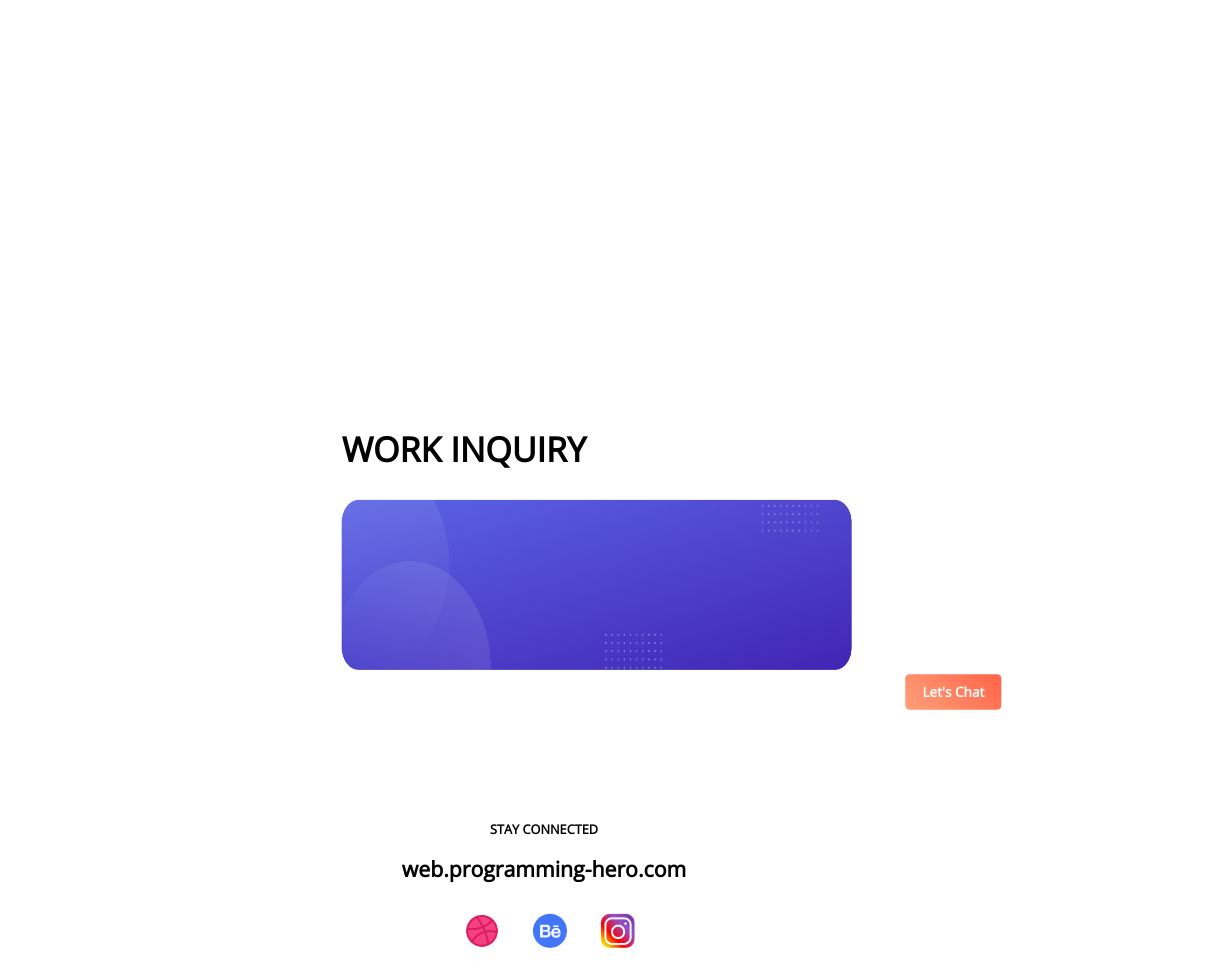
Repository: sabbircse3/personal-website
Page: index.html
An editor plug-in stored every save of this project. The page is shown before and after the next save, followed by the edit.
The browser window is 1280 px wide. The page is 1442 px wide, so the pictures cover 1442 px, including what lies to the right of the window. The pictures show the part of the page from y = 2386 to 3536 px (the page is 3536 px tall before and 3069 px after), at 85% of full size.

Above is the page before, as saved 2021-01-06 04:01:02.

### index.html
<!DOCTYPE html>
<html lang="en">
<head>
    <title>personal-website</title>
    <link rel="preconnect" href="https://fonts.gstatic.com">
    <link href="https://fonts.googleapis.com/css2?family=Open+Sans&display=swap" rel="stylesheet">
    <link rel="stylesheet" href="style.css">
</head>
<body>

        <div class="menu-1">
            <ul id="menu">
                <li><a href="#">Contact</a></li>
                <li><a href="#">Protfolio</a></li>
                <li><a href="#">Work</a></li>
                <li><a href="#">About</a></li>
            </ul>
        </div>


    <section class="top-banner ">
        <div class="half-width">
            <h1>HELLO, I'M <br> <span class="name-highlight">SABBIR HASAN</span></h1>
            <p>A full stack allaround designer that placerat in massa consectetur</p>
            <a class="link-button" target="_blank" href="https://www.linkedin.com/company/programminghero/">HIRE ME</a>
        </div>

        <div class="half-width">
            <img src="images/sabbir1.png" alt="">
        </div>
    </section>

    <section class="about ">
        <div class="half-width">
            <img src="images/sabbir1.png" alt="">
        </div>

        <div class="half-width">
            <h2> ABOUT</h2>
            <p>Lorem Ipsum is simply dummy text of the printing and typesetting industry. Lorem Ipsum has been the industry's standard dummy text ever since the 1500s, when an unknown printer took a galley of type and scrambled it to make a type specimen book.</p>
            <a class="link-button" target="_blank" href="https://www.linkedin.com/company/programminghero/">Download CV</a>
        </div>

    </section>

    <section class="experience-area">
        <h2 id="head-center"><span class="name-highlight">LASTET</span> WORKING PROJECT</h2>
        <div id="first-project" class="half-width single-experience">
            <img  src="images/image 4.png" alt="" class="center">
            <h3>Power-x-gym (gym website)</h3>
            <p>Lorem Ipsum is simply dummy text of the printing and typesetting industry.</p>

        </div>

        <div id="next-project" class="half-width single-experience">
            <img src="images/image 5.png" alt="" class="center">
            <h3>Creative Agency</h3>
            <p>Lorem Ipsum is simply dummy text of the printing and typesetting industry.</p>

        </div>

        <div id="next-project" class="half-width single-experience">
            <img src="images/image 8.png" alt="" class="center">
            <h3>Hard Rock Music</h3>
            <p>Lorem Ipsum is simply dummy text of the printing and typesetting industry.</p>

        </div>

    </section>



    <section class="education">
        <h1> <span class="name-highlight">EDU</span>CATION</h1>
        <div id="bachelor" class="half-width single-experience">
            <h3>Bachelor of Science in Computer Science</h3>
            <h3 class="blue-highlight">Khwaja Yunus Ali University</h3>
            <h3 class="orange-highlight">2016-2020</h3>
            <p>It is a reputaed private university in this country Bangladesh.</p>
        </div>

        <div id="others" class="half-width single-experience">
            <h3>Higher School Certificate</h3>
            <h3 class="blue-highlight">Bhagopara Shahid Dhanesh Uddin School and Collage</h3>
            <h4 class="orange-highlight">2014-2016</h4>
            <p>It is one of the best collage in our north said of country</p>
        </div>

		<div id="others" class="half-width single-experience">
            <h3>Secoundary School Certificate</h3>
            <h3 class="blue-highlight">Rajapur High School</h3>
            <h4 class="orange-highlight">2009-2014</h4>
            <p>This school is one of the best school in my native area where i was bron.</p>
        </div>

    </section>


    <section>

        <div class="low-mid">
            <h2 class="lowest-banner">WORK INQUIRY </h2>
            <img src="images/Group_33094_1.png" width="600px" height="200px">
        </div>
        <div>
            <a class="chat-button" target="_blank" href="https://www.linkedin.com/company/programminghero/">Let's Chat</a>
        </div>

    </section>


    <footer>
        <h3>STAY CONNECTED</h3>
        <h2>web.programming-hero.com</h2>
        <div class="chat">
            <div class=" chat-experience">
                <img  src="images/image 6.png" alt="" class="center">
            </div>

            <div  class=" chat-experience">
                <img src="images/Group 33059.png" alt="" class="center">
            </div>

            <div  class=" chat-experience">
                <img src="images/image 7.png" alt="" class="center">
            </div>
        </div>

    </footer>




</body>
</html>

### style.css
body{
    font-family: 'Open Sans', sans-serif;
    margin: 2px;
    font-style: normal;
}
.menu-1{
	height: 90px;
}
#menu{
	list-style-type:none;
	width:900px;
	margin:10px auto;
}
#menu li{
	float:right;
}
#menu li a{
	color:black;
	text-decoration:none;
	padding:5px 10px;
}

h1{
    font-size: 50px;
}
h2{
    font-size: 40px;
}

.name-highlight{
    color: #FF8367;
}
.top-banner{

}
.half-width{
    width: 35%;
    float: left;
    margin-left: 5%;
    padding-left: 2%;
}
.half-width img{
    width: 100%;
}
section{
    height: 450px;
}
.link-button{
    text-decoration: none;
    background-image: linear-gradient(45deg, lightSalmon, tomato);
    padding: 10px 20px;
    border-radius: 5px;
    color: white;
    font-weight: 700;
}
#head-center{
    text-align: center;
    margin: 80px;
    padding: 50px;
}
.experience-area{
    background-color: #E5E5E5;
    background-position: left;
    width: 1440px;
    height: 814px;
}
.center {
    display: block;
    margin-left:-15px;
    margin-top: 15px;
    width: 50%;
  }
.orange-highlight{
    color: orange;
}
.single-experience{
    box-shadow: 0px 4px 4px rgba(0, 0, 0, 0.25);
    border-radius: 10px;
	height: 45%;
	width: 23%;
}
#first-project{
    background-color: white;
}
#next-project{
	background-color: white;
}

.education{
    background-image: url("images/exp-bg.png");
    background-repeat: no-repeat;
    background-position: left;
}
#bachelor{
    border-left: 7px solid;
    border-image: linear-gradient(180deg, lightSalmon, tomato);
    border-image-slice: 1;
    background-color: white;
    height: 55%;
	width: 25%;
}
#others{
    border-left: 7px solid;
    border-image: linear-gradient(180deg, blue, cyan);
    border-image-slice: 1;
    height: 55%;
	width: 25%;
}
.blue-highlight{
    color:rgba(0, 0, 139, 0.705);
}
.lowest-banner{
  margin-top: 500px;

}
.low-mid{
    margin-left: 400px;
}
.chat-button{
    text-decoration: none;
    background-image: linear-gradient(45deg, lightSalmon, tomato);
    padding: 10px 20px;
    margin-right: 100px;
    border-radius: 5px;
    color: white;
    font-weight: 700;
    float: right;
}

footer h2{
    text-align: center;
    font-size: 25px;
}
footer h3{
    text-align: center;
    font-size: 15px;
}
.chat{
    margin-left: 560px;
}
.chat-experience{
	height: 90px;
    width: 80px;
    display: block;
    float:left;
}

After the next save:
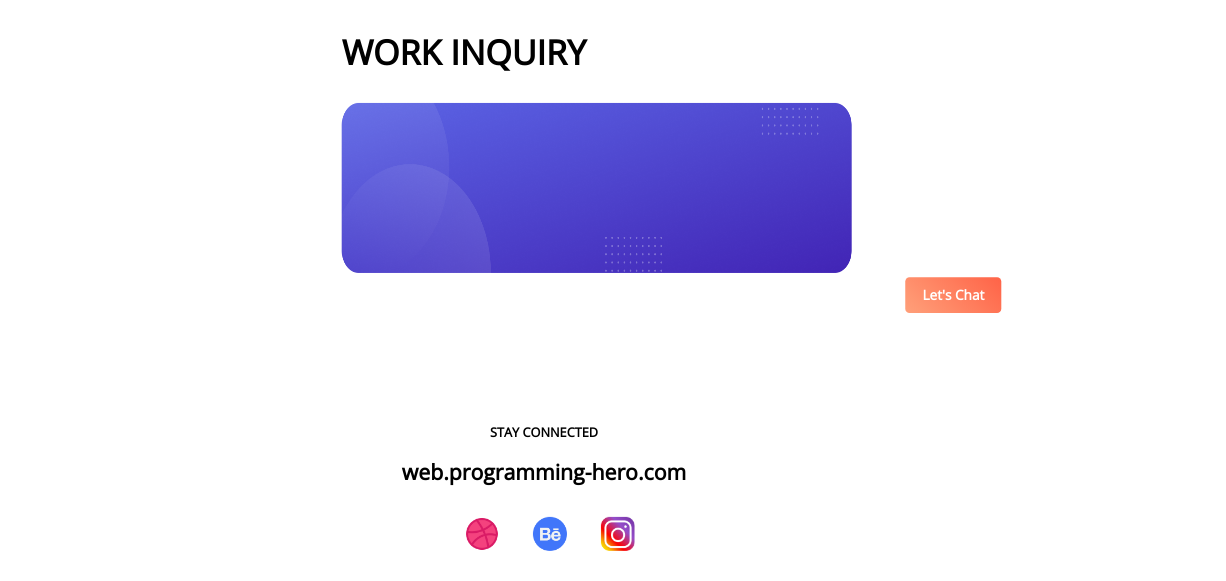
Saved 10 s later.
--- a/style.css
+++ b/style.css
@@ -110,7 +110,7 @@ section{
     color:rgba(0, 0, 139, 0.705);
 }
 .lowest-banner{
-  margin-top: 500px;
+
 
 }
 .low-mid{
